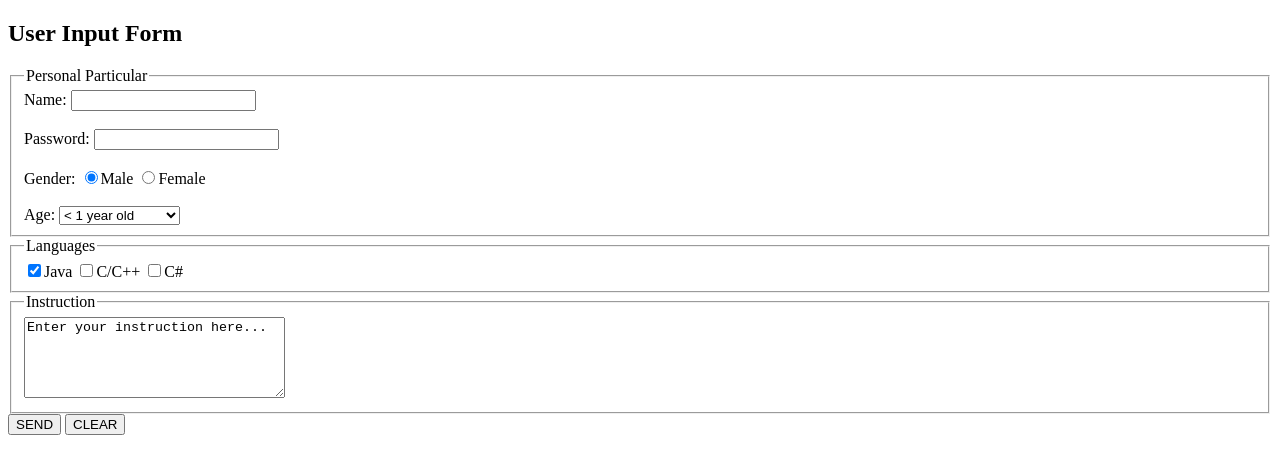
Repository: mitchellhuston/swe-techexercises
Page: mhuston-swe00/WebContent/CreateEvent.html
The author's editor kept a copy of each file at every save. The page is drawn from the files as they stood at one save, then again after the next save.
The browser window is 1280 px wide. The pictures show the whole page.

Above is the page before, as saved 2017-09-13 12:23:30.

### mhuston-swe00/WebContent/CreateEvent.html
<!DOCTYPE html>
<html>
<head>
  <meta http-equiv='Content-Type' content='text/html; charset=UTF-8'>
  <title>User Input Form</title>
</head>

<body>
<h2>User Input Form</h2>
<form method="get" action="echo">
  <fieldset>
    <legend>Personal Particular</legend>
    Name: <input type="text" name="username" /><br /><br />
    Password: <input type="password" name="password" /><br /><br />
    Gender: <input type="radio" name="gender" value="m" checked />Male
    <input type="radio" name="gender" value="f" />Female<br /><br />
    Age: <select name = "age">
      <option value="1">&lt; 1 year old</option>
      <option value="99">1 to 99 years old</option>
      <option value="100">&gt; 99 years old</option>
    </select>
  </fieldset>

  <fieldset>
    <legend>Languages</legend>
    <input type="checkbox" name="language" value="java" checked />Java
    <input type="checkbox" name="language" value="c" />C/C++
    <input type="checkbox" name="language" value="cs" />C#
  </fieldset>

  <fieldset>
    <legend>Instruction</legend>
    <textarea rows="5" cols="30" name="instruction">Enter your instruction here...</textarea>
  </fieldset>

  <input type="hidden" name="secret" value="888" />
  <input type="submit" value="SEND" />
  <input type="reset" value="CLEAR" />
</form>
</body>
</html>

After the next save:
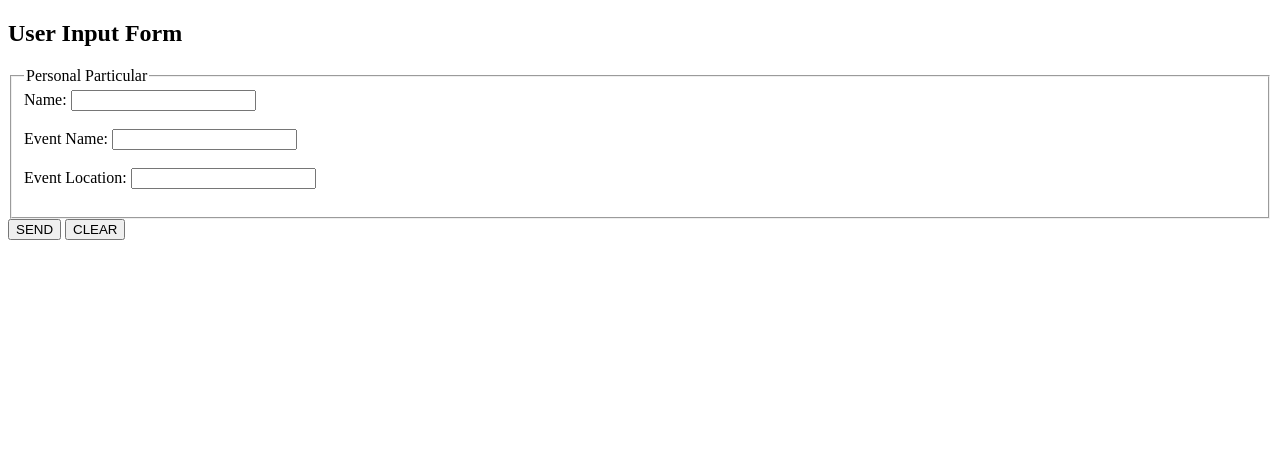
Saved 2 min 25 s later.
--- a/mhuston-swe00/WebContent/CreateEvent.html
+++ b/mhuston-swe00/WebContent/CreateEvent.html
@@ -11,29 +11,10 @@
   <fieldset>
     <legend>Personal Particular</legend>
     Name: <input type="text" name="username" /><br /><br />
-    Password: <input type="password" name="password" /><br /><br />
-    Gender: <input type="radio" name="gender" value="m" checked />Male
-    <input type="radio" name="gender" value="f" />Female<br /><br />
-    Age: <select name = "age">
-      <option value="1">&lt; 1 year old</option>
-      <option value="99">1 to 99 years old</option>
-      <option value="100">&gt; 99 years old</option>
-    </select>
+    Event Name: <input type="text" name="eventName" /><br /><br />
+    Event Location: <input type="text" name="username" /><br /><br />
   </fieldset>
 
-  <fieldset>
-    <legend>Languages</legend>
-    <input type="checkbox" name="language" value="java" checked />Java
-    <input type="checkbox" name="language" value="c" />C/C++
-    <input type="checkbox" name="language" value="cs" />C#
-  </fieldset>
-
-  <fieldset>
-    <legend>Instruction</legend>
-    <textarea rows="5" cols="30" name="instruction">Enter your instruction here...</textarea>
-  </fieldset>
-
-  <input type="hidden" name="secret" value="888" />
   <input type="submit" value="SEND" />
   <input type="reset" value="CLEAR" />
 </form>
